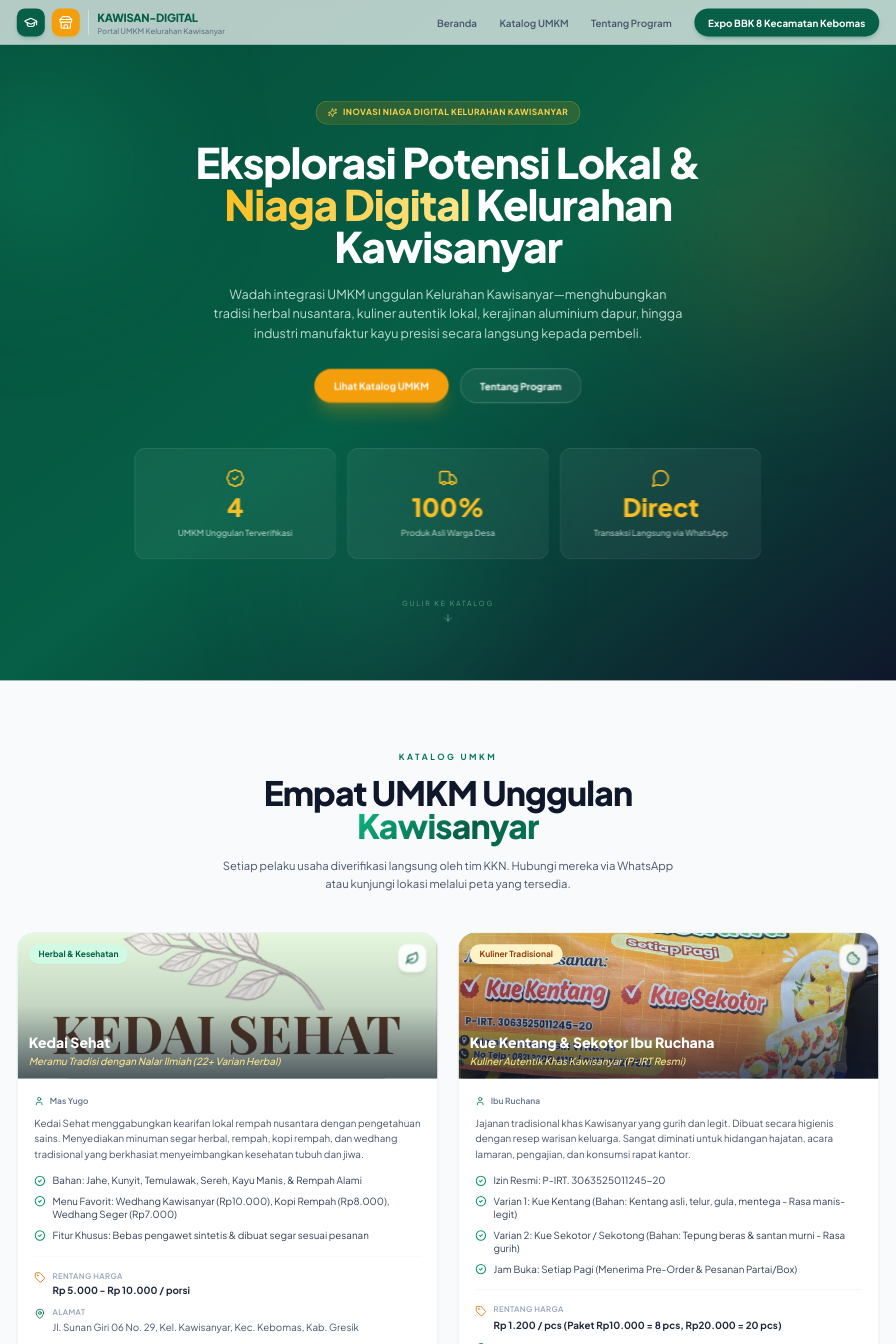
Repository: Anggaaa2006/Kawisan-Digital-
Page: /
The author's editor kept a copy of each file at every save. The page is drawn from the files as they stood at one save, then again after a run of saves.
The browser window is 1280 px wide. The pictures show the part of the page from y = 0 to 1920 px (the page is 3971 px tall), at 70% of full size.
The project was rebuilt for these pictures with package versions that can differ from the ones it lists, and the page was loaded fresh each time. Also part of the build but not shown: vite.config.ts, src/components/UmkmDetail.tsx.

Above is the page before, as saved 2026-08-03 13:58:07.

### index.html
<!doctype html>
<html lang="en">
  <head>
    <meta charset="UTF-8" />
    <link rel="icon" type="image/svg+xml" href="/vite.svg" />
    <meta name="viewport" content="width=device-width, initial-scale=1.0" />
    <title>KAWISAN-DIGITAL — Portal UMKM Kelurahan Kawisanyar</title>
    <meta name="description" content="KAWISAN-DIGITAL: Etalase digital resmi BBK 8 Universitas Airlangga. Empat UMKM unggulan Kelurahan Kawisanyar — herbal, kuliner tradisional, wajan aluminium, dan manufaktur kayu presisi." />
    <meta property="og:image" content="https://bolt.new/static/og_default.png" />
    <meta name="twitter:card" content="summary_large_image" />
    <meta name="twitter:image" content="https://bolt.new/static/og_default.png" />
  </head>
  <body>
    <div id="root"></div>
    <script type="module" src="/src/main.tsx"></script>
  </body>
</html>

### src/App.tsx
import { useRouter } from '@/hooks/useRouter';
import Navbar from '@/components/Navbar';
import Hero from '@/components/Hero';
import Catalog from '@/components/Catalog';
import About from '@/components/About';
import Footer from '@/components/Footer';
import UmkmDetail from '@/components/UmkmDetail';

export default function App() {
  const route = useRouter();

  if (route.name === 'umkm') {
    return (
      <div className="min-h-screen bg-slate-50 text-slate-900">
        <Navbar />
        <main>
          <UmkmDetail id={route.id} />
        </main>
        <Footer />
      </div>
    );
  }

  return (
    <div className="min-h-screen bg-slate-50 text-slate-900">
      <Navbar />
      <main>
        <Hero />
        <Catalog />
        <About />
      </main>
      <Footer />
    </div>
  );
}

### src/index.css
@import url('https://fonts.googleapis.com/css2?family=Plus+Jakarta+Sans:wght@300;400;500;600;700;800&display=swap');

@tailwind base;
@tailwind components;
@tailwind utilities;

:root {
  --emerald: #065f46;
  --emerald-light: #10b981;
  --amber: #d97706;
  --charcoal: #0f172a;
}

* {
  -webkit-font-smoothing: antialiased;
  -moz-osx-font-smoothing: grayscale;
}

html {
  scroll-behavior: smooth;
}

body {
  font-family: 'Plus Jakarta Sans', system-ui, sans-serif;
  background-color: #f8fafc;
  color: #0f172a;
}

::selection {
  background-color: rgba(6, 95, 70, 0.2);
  color: #065f46;
}

::-webkit-scrollbar { width: 10px; }
::-webkit-scrollbar-track { background: #f1f5f9; }
::-webkit-scrollbar-thumb { background: linear-gradient(#10b981, #065f46); border-radius: 8px; }

@layer components {
  .reveal {
    opacity: 0;
    transform: translateY(36px);
    transition: opacity 0.9s cubic-bezier(0.22,1,0.36,1), transform 0.9s cubic-bezier(0.22,1,0.36,1);
  }
  .reveal.is-visible { opacity: 1; transform: translateY(0); }
  .reveal-delay-1 { transition-delay: 0.1s; }
  .reveal-delay-2 { transition-delay: 0.2s; }
  .reveal-delay-3 { transition-delay: 0.3s; }
  .reveal-delay-4 { transition-delay: 0.4s; }

  .emerald-text {
    background: linear-gradient(135deg, #10b981 0%, #065f46 60%, #047857 100%);
    -webkit-background-clip: text;
    background-clip: text;
    -webkit-text-fill-color: transparent;
  }

  .card-lift {
    transition: transform 0.5s cubic-bezier(0.22,1,0.36,1), box-shadow 0.5s ease, border-color 0.4s ease;
  }
  .card-lift:hover {
    transform: translateY(-8px);
    box-shadow: 0 30px 60px -25px rgba(6, 95, 70, 0.35);
    border-color: rgba(16, 185, 129, 0.5);
  }

  .img-zoom { transition: transform 1.2s cubic-bezier(0.22,1,0.36,1); }
  .group:hover .img-zoom { transform: scale(1.08); }
}

@layer utilities {
  .text-balance { text-wrap: balance; }
}

### src/hooks/useRouter.ts
import { useEffect, useState } from 'react';

export type Route = { name: 'home' } | { name: 'umkm'; id: string };

function parseHash(): Route {
  const hash = window.location.hash;
  const match = hash.match(/^#\/umkm\/(.+)$/);
  if (match) return { name: 'umkm', id: decodeURIComponent(match[1]) };
  return { name: 'home' };
}

export function useRouter() {
  const [route, setRoute] = useState<Route>(parseHash());

  useEffect(() => {
    const onHashChange = () => {
      setRoute(parseHash());
      window.scrollTo({ top: 0, behavior: 'auto' });
    };
    window.addEventListener('hashchange', onHashChange);
    return () => window.removeEventListener('hashchange', onHashChange);
  }, []);

  return route;
}

export function umkmUrl(id: string): string {
  return `#/umkm/${id}`;
}

### src/components/Navbar.tsx
import { useEffect, useState } from 'react';
import { Menu, X, GraduationCap, Store } from 'lucide-react';

const links = [
  { label: 'Beranda', href: '#beranda' },
  { label: 'Katalog UMKM', href: '#katalog' },
  { label: 'Tentang Program', href: '#tentang' },
];

export default function Navbar() {
  const [scrolled, setScrolled] = useState(false);
  const [open, setOpen] = useState(false);

  useEffect(() => {
    const onScroll = () => setScrolled(window.scrollY > 24);
    onScroll();
    window.addEventListener('scroll', onScroll);
    return () => window.removeEventListener('scroll', onScroll);
  }, []);

  return (
    <header
      className={`fixed inset-x-0 top-0 z-50 transition-all duration-400 ${
        scrolled
          ? 'border-b border-slate-200/70 bg-white/90 backdrop-blur-md shadow-sm'
          : 'bg-white/70 backdrop-blur-sm'
      }`}
    >
      <nav className="mx-auto flex max-w-7xl items-center justify-between px-5 py-3 sm:px-6">
        {/* Branding & partnership */}
        <a href="#beranda" className="flex items-center gap-3">
          <div className="flex items-center gap-2.5">
            <span className="flex h-10 w-10 items-center justify-center rounded-xl bg-emerald-800 text-white shadow-md shadow-emerald-800/20">
              <GraduationCap className="h-5 w-5" strokeWidth={2} />
            </span>
            <span className="flex h-10 w-10 items-center justify-center rounded-xl bg-amber-500 text-white shadow-md shadow-amber-500/20">
              <Store className="h-5 w-5" strokeWidth={2} />
            </span>
          </div>
          <div className="hidden h-9 w-px bg-slate-200 sm:block" />
          <div className="hidden flex-col leading-tight sm:flex">
            <span className="text-base font-extrabold tracking-tight text-emerald-800">
              KAWISAN-DIGITAL
            </span>
            <span className="text-[11px] font-medium text-slate-500">
              Portal UMKM Kelurahan Kawisanyar
            </span>
          </div>
        </a>

        {/* Desktop nav */}
        <div className="hidden items-center gap-8 md:flex">
          {links.map((l) => (
            <a
              key={l.href}
              href={l.href}
              className="group relative text-sm font-semibold text-slate-600 transition-colors hover:text-emerald-800"
            >
              {l.label}
              <span className="absolute -bottom-1.5 left-0 h-0.5 w-0 bg-emerald-600 transition-all duration-300 group-hover:w-full" />
            </a>
          ))}
          <a
            href="#katalog"
            className="rounded-full bg-emerald-800 px-5 py-2.5 text-sm font-bold text-white shadow-md shadow-emerald-800/25 transition-all hover:bg-emerald-900 hover:shadow-lg hover:shadow-emerald-800/30"
          >
            Expo BBK 8 Kecamatan Kebomas
          </a>
        </div>

        {/* Mobile toggle */}
        <button
          onClick={() => setOpen((v) => !v)}
          className="flex h-10 w-10 items-center justify-center rounded-lg border border-slate-200 text-emerald-800 md:hidden"
          aria-label="Menu"
        >
          {open ? <X className="h-5 w-5" /> : <Menu className="h-5 w-5" />}
        </button>
      </nav>

      {/* Mobile menu */}
      <div
        className={`overflow-hidden border-t border-slate-100 bg-white transition-all duration-400 md:hidden ${
          open ? 'max-h-72' : 'max-h-0'
        }`}
      >
        <div className="space-y-1 px-5 py-3">
          {links.map((l) => (
            <a
              key={l.href}
              href={l.href}
              onClick={() => setOpen(false)}
              className="block rounded-lg px-4 py-3 text-sm font-semibold text-slate-700 transition-colors hover:bg-emerald-50 hover:text-emerald-800"
            >
              {l.label}
            </a>
          ))}
          <a
            href="#katalog"
            onClick={() => setOpen(false)}
            className="mt-2 block rounded-lg bg-emerald-800 px-4 py-3 text-center text-sm font-bold text-white"
          >
            Expo BBK 8 Kecamatan Kebomas 2026
          </a>
        </div>
      </div>
    </header>
  );
}

### src/components/About.tsx
import { useReveal } from '@/hooks/useReveal';
import { Target, Smartphone, Handshake, TrendingUp } from 'lucide-react';

const pillars = [
  {
    icon: Target,
    title: 'Identifikasi Potensi',
    text: 'Memetakan dan memverifikasi UMKM unggulan warga Kawisanyar secara langsung di lapangan.',
  },
  {
    icon: Smartphone,
    title: 'Digitalisasi Niaga',
    text: 'Membangun etalase digital agar produk lokal dapat dilihat dan dipesan dari mana saja.',
  },
  {
    icon: Handshake,
    title: 'Hubungan Langsung',
    text: 'Menghubungkan pembeli langsung ke pelaku usaha via WhatsApp—tanpa perantara.',
  },
  {
    icon: TrendingUp,
    title: 'Dampak Berkelanjutan',
    text: 'Mendorong pertumbuhan ekonomi desa dan melestarikan komoditas khas Kawisanyar.',
  },
];

export default function About() {
  const ref = useReveal<HTMLDivElement>();

  return (
    <section id="tentang" ref={ref} className="relative overflow-hidden bg-white py-24">
      <div className="pointer-events-none absolute -right-32 top-10 h-80 w-80 rounded-full bg-emerald-100/60 blur-3xl" />
      <div className="pointer-events-none absolute -left-32 bottom-10 h-80 w-80 rounded-full bg-amber-100/50 blur-3xl" />

      <div className="relative mx-auto max-w-7xl px-5 sm:px-6">
        <div className="grid gap-14 lg:grid-cols-2 lg:items-center">
          <div className="reveal">
            <span className="text-xs font-bold uppercase tracking-[0.3em] text-emerald-700">
              Tentang Program
            </span>
            <h2 className="mt-4 font-sans text-3xl font-extrabold tracking-tight text-slate-900 sm:text-4xl md:text-5xl">
              Dari Lapangan ke <span className="emerald-text">Layar</span>, <br className="hidden sm:block" />
              dari Warga ke Dunia
            </h2>
            <p className="mt-6 text-base leading-relaxed text-slate-600">
              KAWISAN-DIGITAL adalah inovasi niaga digital yang diinisiasi oleh Tim BBK 8 2026
              Universitas Airlangga untuk Kelurahan Kawisanyar, Kecamatan Kebomas, Kabupaten
              Gresik. Program ini hadir sebagai wujud nyata pengabdian mahasiswa dalam
              memberdayakan ekonomi mikro masyarakat.
            </p>
            <p className="mt-4 text-base leading-relaxed text-slate-600">
              Kami memetakan UMKM potensial, memverifikasi kualitas dan legalitasnya, lalu
              membangun etalase digital yang menghubungkan pelaku usaha langsung dengan
              pembeli—tanpa perantara, tanpa biaya tersembunyi.
            </p>

            <div className="mt-8 flex flex-wrap gap-3">
              <span className="rounded-full bg-emerald-50 px-4 py-2 text-sm font-semibold text-emerald-800">
                Universitas Airlangga
              </span>
              <span className="rounded-full bg-amber-50 px-4 py-2 text-sm font-semibold text-amber-700">
                BBK 8 2026
              </span>
              <span className="rounded-full bg-slate-100 px-4 py-2 text-sm font-semibold text-slate-700">
                Kel. Kawisanyar
              </span>
            </div>
          </div>

          <div className="reveal reveal-delay-2 grid gap-5 sm:grid-cols-2">
            {pillars.map((p) => (
              <div
                key={p.title}
                className="group rounded-2xl border border-slate-200 bg-gradient-to-b from-slate-50 to-white p-6 card-lift"
              >
                <span className="flex h-12 w-12 items-center justify-center rounded-xl bg-emerald-800 text-white shadow-md shadow-emerald-800/20 transition-transform group-hover:scale-110">
                  <p.icon className="h-6 w-6" strokeWidth={1.8} />
                </span>
                <h3 className="mt-5 text-lg font-bold text-slate-900">{p.title}</h3>
                <p className="mt-2 text-sm leading-relaxed text-slate-600">{p.text}</p>
              </div>
            ))}
          </div>
        </div>
      </div>
    </section>
  );
}

### src/components/Footer.tsx
import { GraduationCap, Store, MapPin, Heart } from 'lucide-react';

export default function Footer() {
  return (
    <footer className="relative overflow-hidden bg-slate-900 pt-16 pb-8 text-slate-300">
      <div className="pointer-events-none absolute -left-20 -top-20 h-60 w-60 rounded-full bg-emerald-700/15 blur-3xl" />
      <div className="pointer-events-none absolute -right-20 bottom-0 h-60 w-60 rounded-full bg-amber-600/10 blur-3xl" />

      <div className="relative mx-auto max-w-7xl px-5 sm:px-6">
        <div className="grid gap-10 md:grid-cols-3">
          {/* Brand */}
          <div>
            <div className="flex items-center gap-3">
              <div className="flex items-center gap-2.5">
                <span className="flex h-10 w-10 items-center justify-center rounded-xl bg-emerald-700 text-white">
                  <GraduationCap className="h-5 w-5" strokeWidth={2} />
                </span>
                <span className="flex h-10 w-10 items-center justify-center rounded-xl bg-amber-500 text-white">
                  <Store className="h-5 w-5" strokeWidth={2} />
                </span>
              </div>
              <div className="flex flex-col leading-tight">
                <span className="text-base font-extrabold tracking-tight text-white">
                  KAWISAN-DIGITAL
                </span>
                <span className="text-[11px] font-medium text-slate-400">
                  Portal UMKM Kelurahan Kawisanyar
                </span>
              </div>
            </div>
            <p className="mt-5 max-w-sm text-sm leading-relaxed text-slate-400">
              Etalase digital resmi BBK 8 2026 Universitas Airlangga yang menghubungkan UMKM
              unggulan Kawisanyar langsung kepada pembeli.
            </p>
          </div>

          {/* Quick links */}
          <div>
            <h4 className="text-sm font-bold uppercase tracking-wider text-white">Navigasi</h4>
            <ul className="mt-4 space-y-2.5 text-sm">
              {[
                { l: 'Beranda', h: '#beranda' },
                { l: 'Katalog UMKM', h: '#katalog' },
                { l: 'Tentang Program', h: '#tentang' },
                { l: 'Expo KKN 2026', h: '#katalog' },
              ].map((x) => (
                <li key={x.h}>
                  <a href={x.h} className="text-slate-400 transition-colors hover:text-amber-400">
                    {x.l}
                  </a>
                </li>
              ))}
            </ul>
          </div>

          {/* Location */}
          <div>
            <h4 className="text-sm font-bold uppercase tracking-wider text-white">Lokasi Program</h4>
            <div className="mt-4 flex items-start gap-2.5 text-sm text-slate-400">
              <MapPin className="mt-0.5 h-4 w-4 flex-shrink-0 text-emerald-400" />
              <span className="leading-relaxed">
                Kelurahan Kawisanyar, Kecamatan Kebomas, Kabupaten Gresik, Jawa Timur
              </span>
            </div>
            <a
              href="https://maps.google.com/?q=Kawisanyar+Kebomas+Gresik"
              target="_blank"
              rel="noopener noreferrer"
              className="mt-4 inline-flex rounded-lg border border-slate-700 px-4 py-2 text-xs font-semibold text-slate-300 transition-colors hover:border-emerald-600 hover:bg-emerald-900/30 hover:text-emerald-300"
            >
              Lihat di Peta
            </a>
          </div>
        </div>

        <div className="mt-12 border-t border-slate-800 pt-6">
          <p className="text-center text-sm text-slate-400">
            Diinisiasi oleh Tim BBK 8 2026 Universitas Airlangga — Kelurahan Kawisanyar, Kecamatan
            Kebomas, Kabupaten Gresik.
          </p>
          <p className="mt-3 flex items-center justify-center gap-1.5 text-center text-xs text-slate-500">
            © 2026 KAWISAN-DIGITAL. All Rights Reserved.
            <span className="text-emerald-500">·</span>
            Dibuat dengan
            <Heart className="h-3 w-3 fill-amber-500 text-amber-500" />
            untuk Nusantara
          </p>
        </div>
      </div>
    </footer>
  );
}

### src/hooks/useReveal.ts
import { useEffect, useRef } from 'react';

export function useReveal<T extends HTMLElement = HTMLDivElement>() {
  const ref = useRef<T>(null);

  useEffect(() => {
    const el = ref.current;
    if (!el) return;
    const observer = new IntersectionObserver(
      (entries) => {
        entries.forEach((entry) => {
          if (entry.isIntersecting) {
            entry.target.classList.add('is-visible');
            observer.unobserve(entry.target);
          }
        });
      },
      { threshold: 0.12, rootMargin: '0px 0px -50px 0px' },
    );
    el.querySelectorAll('.reveal').forEach((node) => observer.observe(node));
    return () => observer.disconnect();
  }, []);

  return ref;
}

Loaded but not shown: src/main.tsx (common file); tailwind.config.js (36 lines, source omitted); src/data/umkm.ts (183 lines, source omitted); src/components/Catalog.tsx (163 lines, source omitted); src/components/Hero.tsx (149 lines, source omitted)

After the next 4 saves:
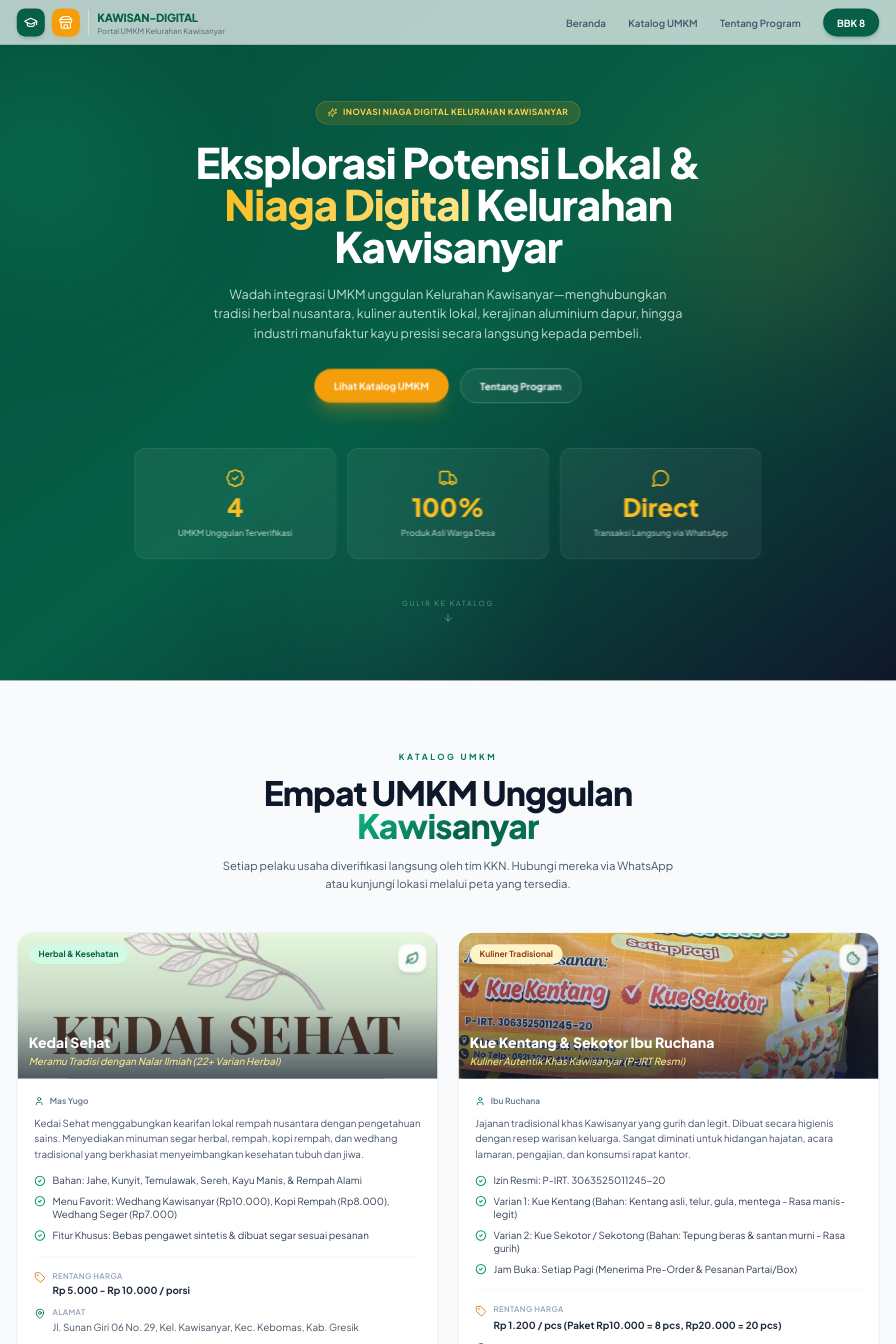
The 4 saves are shown as one change because they came seconds apart.
The last was saved 2 h 47 min later.
--- a/src/components/Navbar.tsx
+++ b/src/components/Navbar.tsx
@@ -64,7 +64,7 @@ export default function Navbar() {
             href="#katalog"
             className="rounded-full bg-emerald-800 px-5 py-2.5 text-sm font-bold text-white shadow-md shadow-emerald-800/25 transition-all hover:bg-emerald-900 hover:shadow-lg hover:shadow-emerald-800/30"
           >
-            Expo BBK 8 Kecamatan Kebomas
+            BBK 8
           </a>
         </div>
 
